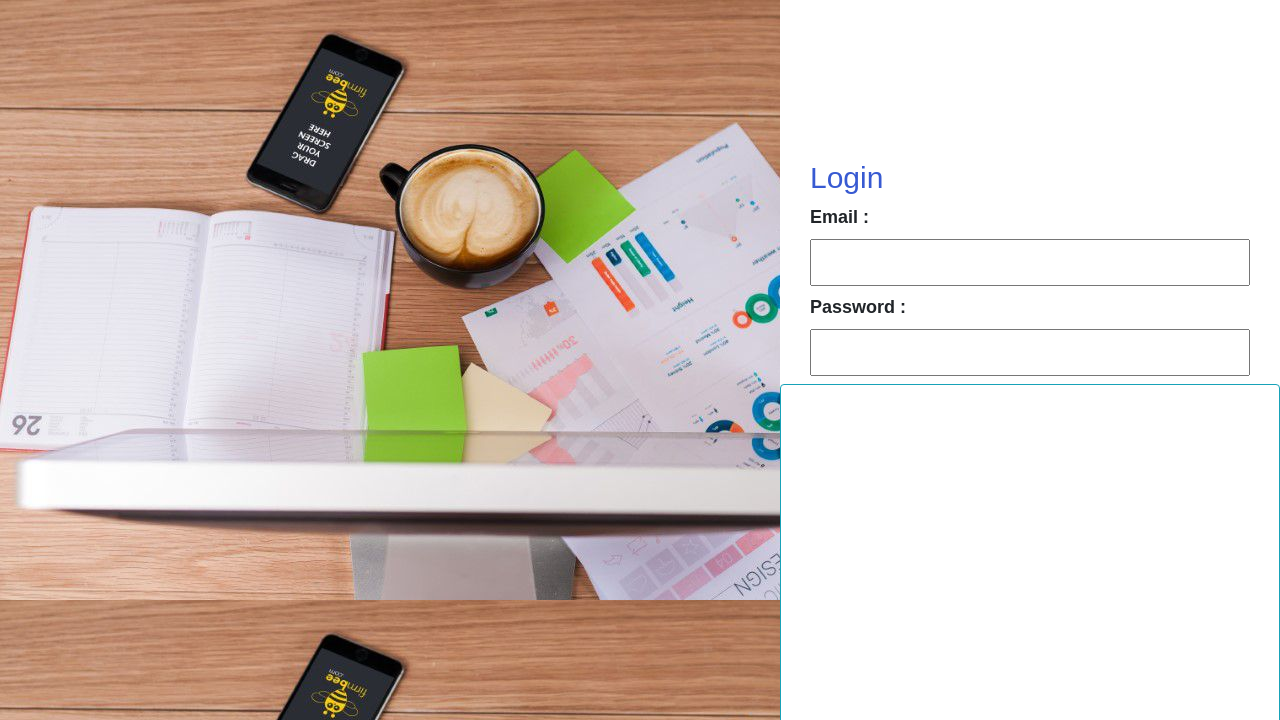
Repository: bayulalu/sekolah-orgaisasi
Page: http://localhost/login-user
An editor plug-in stored every save of this project. The page is shown before and after the next save, followed by the edit.
The browser window is 1280 px wide. The pictures show the whole page.
The page is served by the project's Laravel application, run on PHP 8.4 with Laravel 8.

Above is the page before, as saved 2020-07-19 14:23:01.

After the next save:
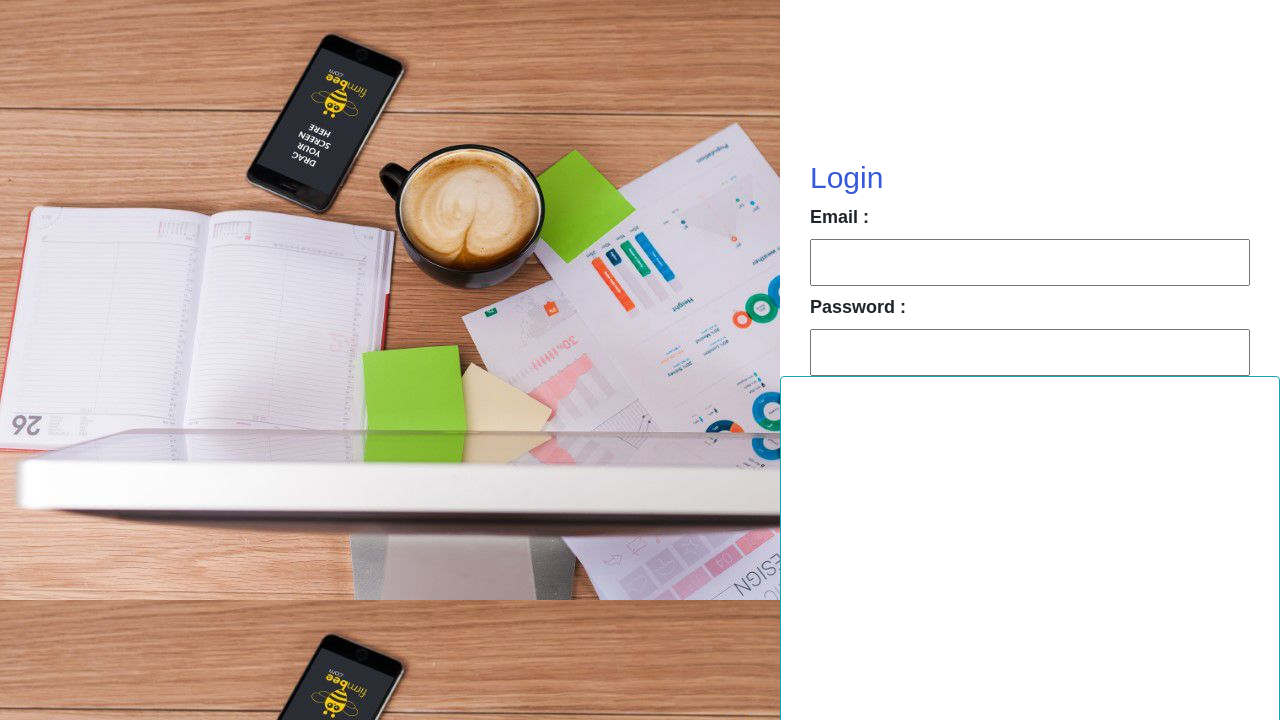
Saved 4 s later.
--- a/public/css/login.css
+++ b/public/css/login.css
@@ -43,9 +43,6 @@ html {
     padding: 8px 0;
     font-size: 18px;
 }
-.check {
-    margin: 8px 0;
-}
 .login {
     float: right;
   }
